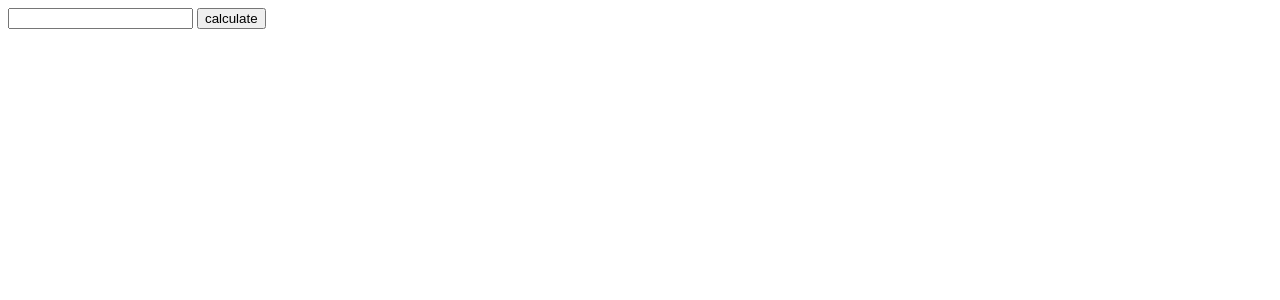
Repository: Kamrangujjar85112/Javascript-Vanilla-Projects
Page: index.html
The author's editor kept a copy of each file at every save. The page is drawn from the files as they stood at one save, then again after the next save.
The browser window is 1280 px wide. The pictures show the whole page.

Above is the page before, as saved 2022-01-21 00:21:07.

### index.html
<!DOCTYPE html>
<html lang="en">
<head>
    <meta charset="UTF-8">
    <meta name="viewport" content="width=device-width, initial-scale=1.0">
    <title>Tutorial</title>
    <style>
        .blue{
            background-color: blue;
            color: white;
            text-transform: capitalize;
            font-size: 2rem;
        }
        .red{
            background-color: red;
            color: white;
            text-transform:capitalize;
            font-size: 2rem;
        }
        .btn{
            background-color: red;
            color: white;
            font-size: 1.2rem;
            border: none;
        }
        /* a{
            display: inline-block;
            margin-top: 100vh;

        } */
    </style>
</head>
<body>

        <input type="number" id = "number">
        <button id="btn">calculate</button>

    <!-- script-tag -->

    <script src="app.js"></script>
</body>
</html>

Loaded but not shown: app.js (1033 lines, source omitted)

After the next save:
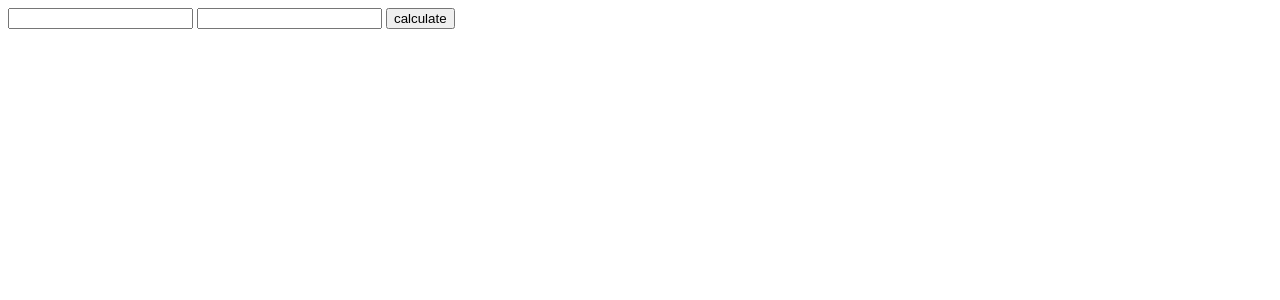
Saved 61 s later.
--- a/index.html
+++ b/index.html
@@ -32,7 +32,9 @@
 </head>
 <body>
 
-        <input type="number" id = "number">
+        <input type="number" id = "dollar">
+
+        <input type="number" id = "rupee">
         <button id="btn">calculate</button>
 
     <!-- script-tag -->
